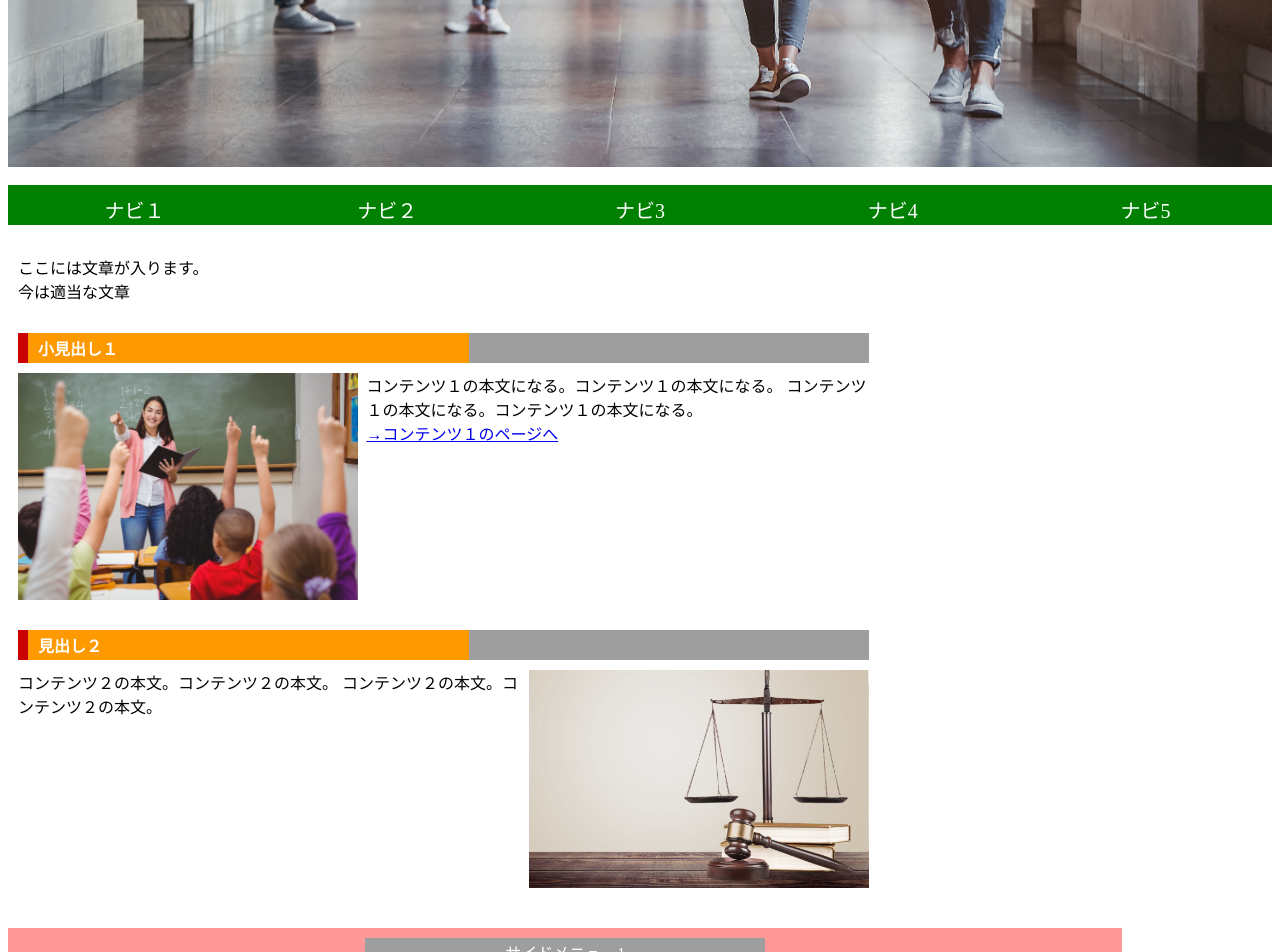
Repository: tsubasa2/restaurant
Page: home.html
The author's editor kept a record of every edit. The page is drawn from the files as they stood at one moment, then again after the next edit.
The browser window is 1280 px wide. The pictures show the part of the page from y = 685 to 1637 px (the page is 2271 px tall before and 2274 px after).
Pictures or frames that could not be fetched are drawn as grey boxes.

Above is the page before.

### home.html
<!DOCTYPE html>
<html lang="ja">
    <head>
        <meta charset="UTF-8">
        <title>HTML/CSSの学習</title>
        <link rel="stylesheet" href="stylesheet.css">
    </head>
    <body>
        <div id="header">
            <h1>
                <a href="index.html">
                    <img id="corridor" src="images/corridor.jpg" alt="大学の廊下" />
                </a>
            </h1>
        </div>
        <div id="wrapper">
            <div id="nav">
                <ul>
                    <li>
                        <a href="home.html">ナビ１</a>
                    </li>
                    <li>
                        <a href="#">ナビ２</a>
                    </li>
                    <li>
                        <a href="#">ナビ3</a>
                    </li>
                    <li>
                        <a href="#">ナビ4</a>
                    </li>
                    <li>
                        <a href="#">ナビ5</a>
                    </li>
                </ul>
            </div>
            <div id="container">
                <div id="main">
                    <div class="post">
                        <p>ここには文章が入ります。
                            <br />今は適当な文章
                        </p>
                    </div>
                    <div class="post clearfix">
                        <h2>小見出し１</h2>
                        <img class="left" src="images/classroom.jpg" alt="授業風景"/>
                        <p>コンテンツ１の本文になる。コンテンツ１の本文になる。 コンテンツ１の本文になる。コンテンツ１の本文になる。 </p>
                        <p>
                            <a href="#">→コンテンツ１のページへ</a>
                        </p>
                    </div>
                    <div class="post clearfix">
                        <h2>見出し２</h2>
                        <img class="right" src="images/scale.jpg" alt="天秤"/>
                        <p>コンテンツ２の本文。コンテンツ２の本文。 コンテンツ２の本文。コンテンツ２の本文。 </p>
                    </div>
                </div>
            </div>
        </div>
        <div id="side">
            <div class="box">
                <h2>サイドメニュー1</h2>
                <div class="boxBody">
                    <ul>
                        <li>項目1</li>
                        <li>項目2</li>
                        <li>項目3</li>
                        <li>項目4</li>
                    </ul>
                </div>
            </div>
            <div class="box">
                <h2>サイドメニュー2</h2>
                <div class="boxBody">
                    <ul>
                        <li>項目1</li>
                        <li>項目2</li>
                        <li>項目3</li>
                        <li>項目4</li>
                    </ul>
                </div>
            </div>
        </div>
        <div id="footer">
            <p>&copy; 20xx 〇〇All RightResereved.</p>
        </div>
    </body>
</html>

### stylesheet.css
<!DOCTYPE html>
<html lang="ja">
    <head>
        <meta charset="UTF-8">
        <title>HTML/CSSの学習</title>
        <link rel="stylesheet" href="stylesheet.css">
    </head>
    <body>
        <div id="header">
            <h1><a href="index.html"><img id="corridor" src="images/corridor.jpg" alt="大学の廊下" /></a></h1>
        </div>
        <div id="wrapper">
            <div id="nav">
                <ul>
                    <li><a href="home.html">ナビ1</a></li>
                    <li><a href="#">ナビ2</a></li>
                    <li><a href="#">ナビ3</a></li>
                    <li><a href="#">ナビ4</a></li>
                    <li><a href="#">ナビ5</a></li>
                </ul>
            </div>
            <div id="container">
                <div id="main">
                    <div class="post">
                        <p>ここは文章が入ります。ここは文章が入ります。ここは文章が入ります。<br />今は、適当な文章を入れてあります。これをダミーテキストといいます。</p>
                    </div>
                    <div class="post clearfix">
                        <h2>小見出し1</h2>
                        <img class="left" src="images/classroom.jpg" alt="授業風景" />
                        <p>
                            コンテンツ1の本文になります。コンテンツ1の本文になります。コンテンツ1の本文になります。コンテンツ1の本文になります。
                            コンテンツ1の本文になります。コンテンツ1の本文になります。コンテンツ1の本文になります。コンテンツ1の本文になります。
                        </p>
                        <p><a href="#">→コンテンツ1のページへ</a></p>
                    </div>
                    <div class="post clearfix">
                        <h2>小見出し2</h2>
                        <img class="right" src="images/scale.jpg" alt="天秤" />
                        <p>
                            コンテンツ2の本文になります。コンテンツ2の本文になります。コンテンツ2の本文になります。コンテンツ2の本文になります。
                            コンテンツ2の本文になります。コンテンツ2の本文になります。コンテンツ2の本文になります。コンテンツ2の本文になります。
                        </p>
                    </div>
                </div>
            </div>
            <div id="side">
                <div class="box">
                    <h2>サイドメニュー1</h2>
                    <div class="boxBody">
                        <ul>
                            <li>項目1</li>
                            <li>項目2</li>
                            <li>項目3</li>
                            <li>項目4</li>
                        </ul>
                    </div>
                </div>
                <div class="box">
                    <h2>サイドメニュー2</h2>
                    <div class="boxBody">
                        <ul>
                            <li>項目1</li>
                            <li>項目2</li>
                            <li>項目3</li>
                            <li>項目4</li>
                        </ul>
                    </div>
                </div>
            </div>
        </div>
        <div id="footer">
            <p>&copy; 20xx ○○ All Rights Reserved.</p>
        </div>
    </body>
</html>
stylesheet.css

@charset "utf-8";

body {
	margin: 0;
	padding: 0;
	font-family: "ヒラギノ角ゴ Pro W3", "Hiragino Kaku Gothic Pro", "メイリオ", Meiryo, Osaka, "ＭＳ Ｐゴシック", "MS PGothic", sans-serif;
	color: #333;
	font-size: 13px;
	line-height: 150%;
}

/* -------------------- wrapper -------------------- */
#wrapper {
    width: 100%;
    margin: auto;
    padding: 0px;
    border: 0px;
    background-color: #FFF;
    top: 10px;
    position: relative;
}

/* -------------------- header -------------------- */
#header {
	width: 100%;
}
#header h1 {
	margin: 0;
	padding: 0;
}

#corridor {
	width: 100%;
	height: auto;
}

/* -------------------- footer -------------------- */
#footer {
	clear: both;
	width: 100%;
	padding: 3px 0 3px 0;
	background: #39F;
	color: #FFF;
	font-weight: bold;
	text-align: center;
}

/* -------------------- nav -------------------- */
#nav {
	width: 100%;
}
#nav ul {
    display: flex;
	margin: 0;
	padding: 0;
	list-style-type: none;
}
#nav ul li {
	width: 20%;
	text-align: center;
}
#nav ul li a {
	display: block;
	height: 20px;
	margin: 0;
	padding: 10px;
	color: #FFF;
	font-size: 20px;
	text-decoration: none;
	background-color: green;
}

#nav ul li a:hover {
	filter: drop-shadow(10px 10px 10px black);
}

/* -------------------- container -------------------- */
#container {
	width: 100%;
	margin: auto ;
	padding: auto;
	padding-top: 20px;
	clear: both;
	display: grid;
	grid-template-columns: 70vw 30vw;

}
/* -------------------- main -------------------- */
#main {
	width: 95%;
	padding: 10px 30px 10px 10px;
}
#main h2 {
	margin: 0 0 10px 0;
	padding: 3px 10px 3px 10px;
	color: #FFF;
	font-size: 16px;
	border-left: solid 10px #C00;
	background: #F90 url(../images/main_h2.jpg) right top repeat-y;
}
#main p {
	margin: 0;
	padding: 0;
}
#main .post {
	margin: 0 0 30px 0;
}

#main .post img.right {
	margin: 0 0 0 8px;
}
#main .post img.left {
	margin: 0 8px 0 0;
}

.right {
	float: right;
	width: 40%;
	height: auto;
}
.left {
	float: left;
	width: 40%;
	height: auto;
}

/* -------------------- clearfix -------------------- */
.clearfix {
    zoom: 1;
}
.clearfix:after{
	content: "";
	display: block;
	clear: both;
}

/* -------------------- side -------------------- */
#side {
	width: 85%;
	padding: 20px;
	background-color: #F99;
}
#side .box {
	margin: 0 auto 30px auto;
	padding: 0 0 20px 0;
	background: url(images/side_box.png) bottom no-repeat;
}
#side .box h2 {
	margin: 0;
	padding: 8px;
	text-align: center;
	color: #fff;
	font-size: 16px;
	line-height: 16px;
	font-weight: normal;
	background: url(images/side_box_h2.png) center no-repeat;
}
#side .box .boxBody {
	padding: 8px;
	border-right: solid 1px #C36;
	border-bottom: solid 1px #C36;
	border-left: solid 1px #C36;
	background: #fff;
}
#side .box .boxBody ul {
	margin: 0 0 16px 0;
	padding: 0;
}
#side .box .boxBody ul li {
	padding: 8px 0 8px 4px;
	list-style: none;
	border-bottom: solid 1px #C36;
}

#side .box .boxBody ul li:hover {
	padding: 8px 0 8px 4px;
	list-style: none;
	border-bottom: solid 1px #C36;
	box-shadow: 0px 4px 4px rgba(0, 0, 0, 0.3);

After the next edit:
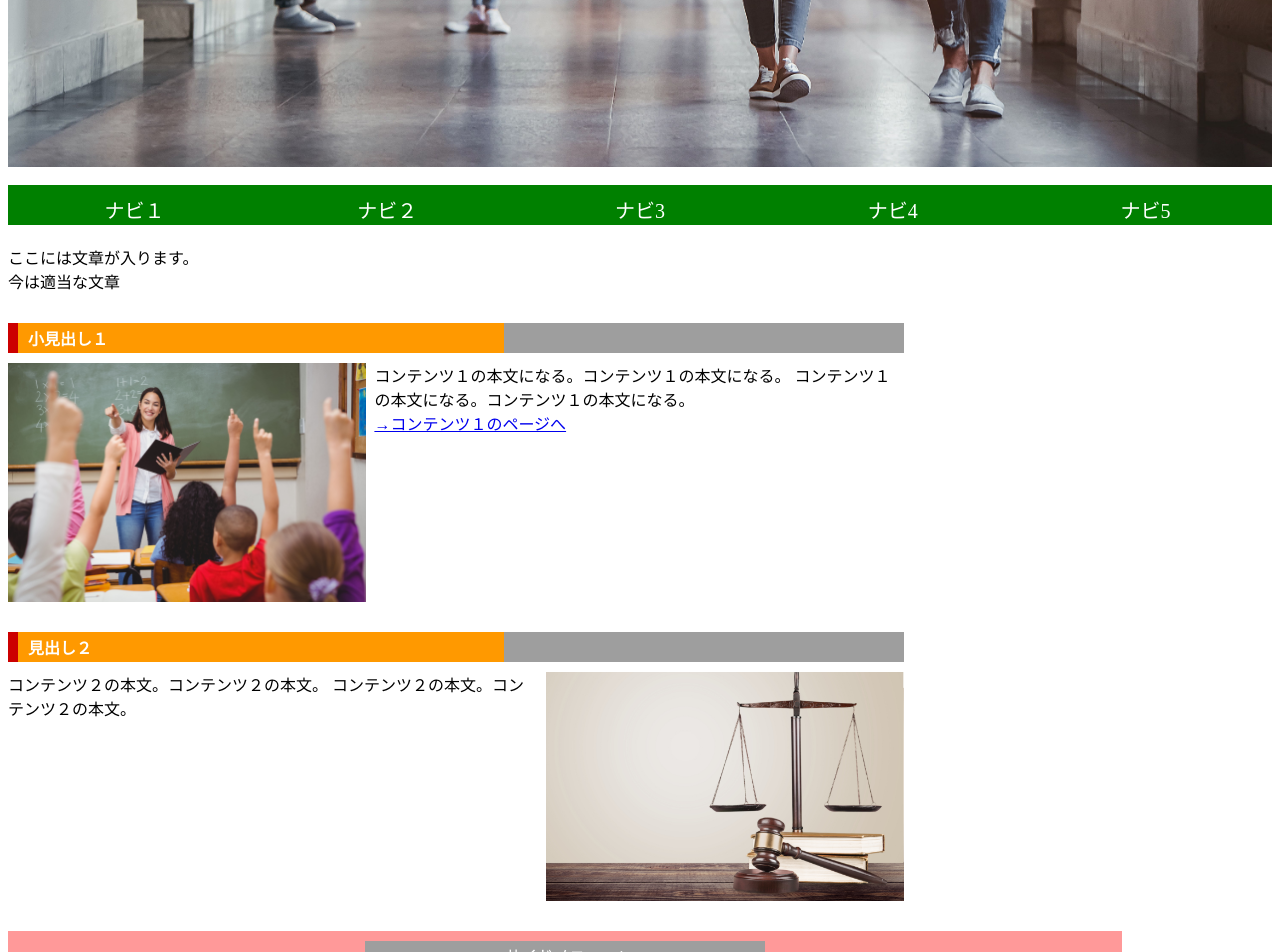
The edit:
--- a/stylesheet.css
+++ b/stylesheet.css
@@ -160,6 +160,9 @@
 	clear: both;
 	display: grid;
 	grid-template-columns: 70vw 30vw;
+	display: grid;
+    grid-template-columns: 70vw 30vw;
+}
 
 }
 /* -------------------- main -------------------- */
